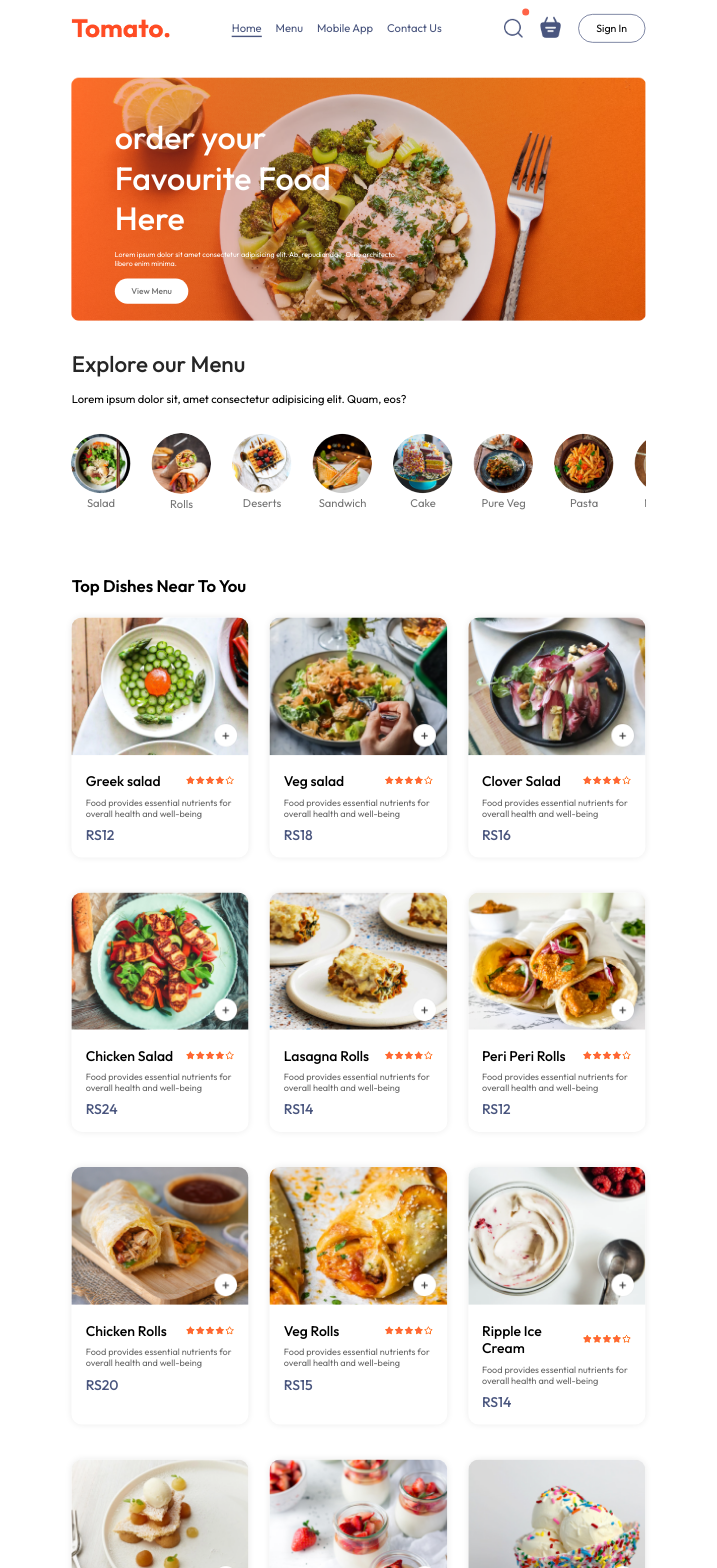
Repository: Attar786/Food-ordering-app
Page: / (app in frontend/)
An editor plug-in stored every save of this project. The page is shown before and after the next save, followed by the edit.
The browser window is 1024 px wide. The pictures show the part of the page from y = 0 to 2240 px (the page is 6118 px tall before and 6148 px after), at 70% of full size.
The project was rebuilt for these pictures with package versions that can differ from the ones it lists, and the page was loaded fresh each time. Also part of the build but not shown: frontend/vite.config.js, frontend/src/pages/Cart/Cart.css, frontend/src/pages/Cart/Cart.jsx, frontend/src/pages/PlaceOrder/PlaceOrder.css, frontend/src/pages/PlaceOrder/PlaceOrder.jsx.

Above is the page before, as saved 2024-07-29 15:09:19.

After the next save:
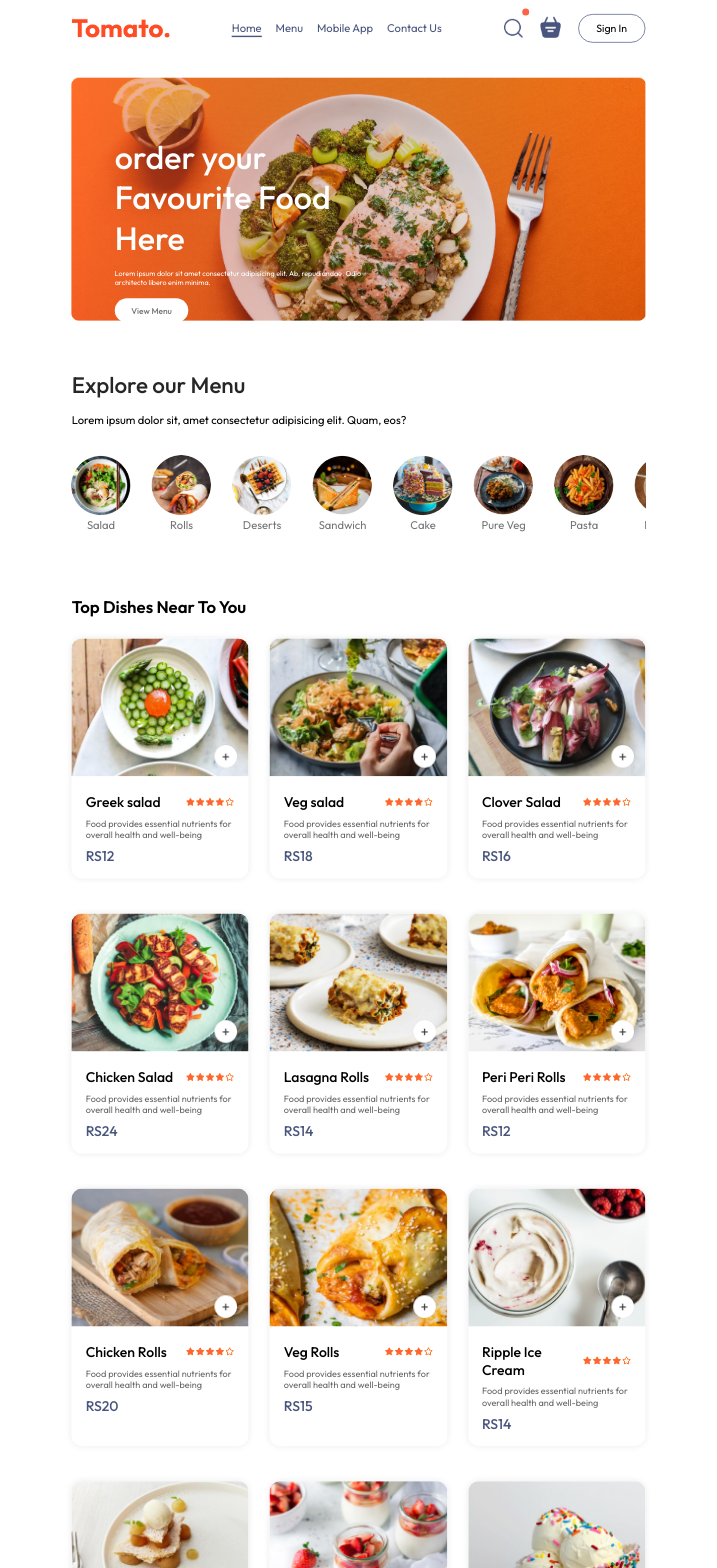
Saved 2 min 11 s later.
--- a/frontend/src/components/Header/Header.css
+++ b/frontend/src/components/Header/Header.css
@@ -36,3 +36,11 @@ animation: fadeIn 3s;
     border-radius: 50px;
     font-size: max(1vw,12px);
 }
+@media (max-width:1050px) {
+    .header{
+        height: 38vw;
+    }
+    .header-contents{
+        max-width: 45%;
+    }
+}
